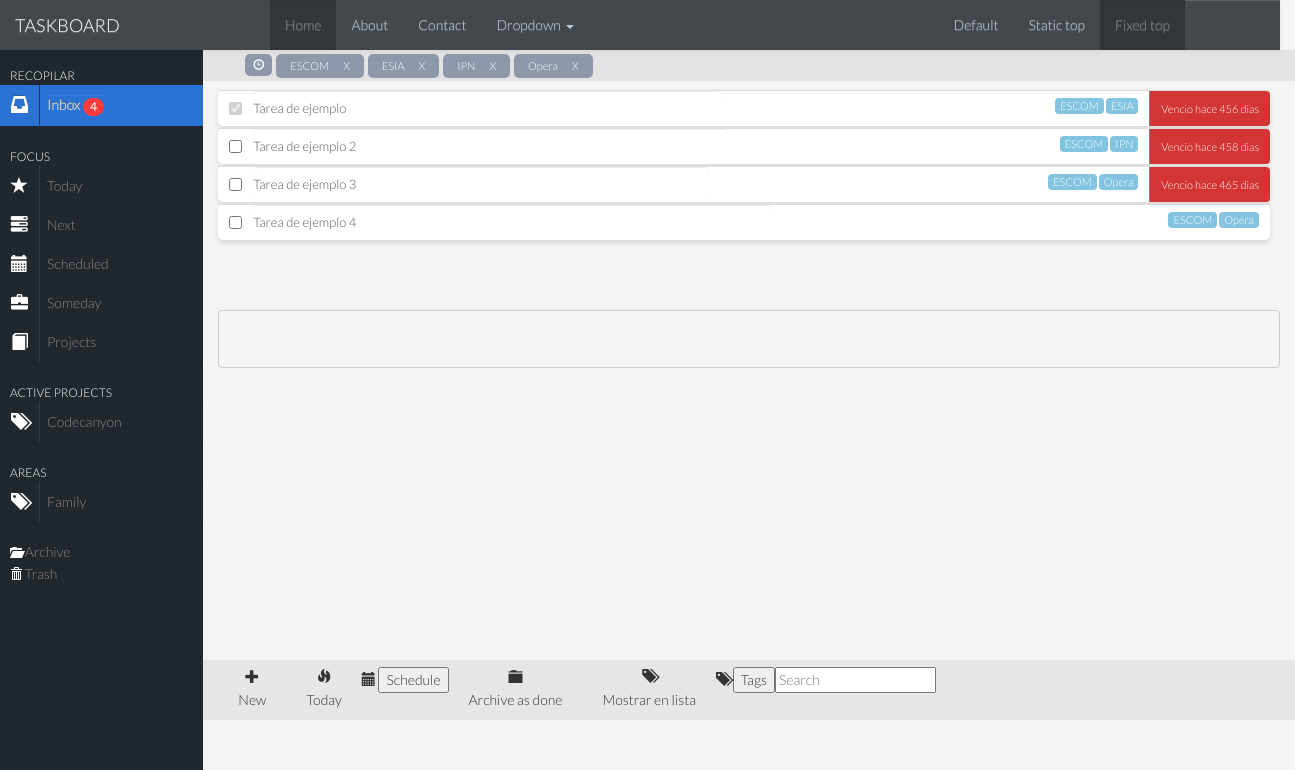
Repository: dagtok/things-mac
Page: index.html
The author's editor kept a record of every edit. The page is drawn from the files as they stood at one moment, then again after the next edit.
The browser window is 1280 px wide. The page is 1295 px wide, so the pictures cover 1295 px, including what lies to the right of the window. The pictures show the whole page.
Some web libraries are served in a nearby version.

Above is the page before.

### index.html
<!DOCTYPE html>
<html lang="en" ng-app="taskerApp">
  <head>
    <meta charset="utf-8">
    <meta http-equiv="X-UA-Compatible" content="IE=edge">
    <meta name="viewport" content="width=device-width, user-scalable=no">

    <title>TASKBOARD</title>

	<!--FONT-->
	<link href='https://fonts.googleapis.com/css?family=Lato:300' rel='stylesheet' type='text/css'>

	<!-- jQuery -->
	<script src="https://ajax.googleapis.com/ajax/libs/jquery/1.11.2/jquery.min.js"></script>

	<!-- BOOTSTRAP -->
	<link rel="stylesheet" href="css/font-awesome.min.css">
	<link rel="stylesheet" href="https://maxcdn.bootstrapcdn.com/bootstrap/3.3.4/css/bootstrap.min.css">
	<link rel="stylesheet" href="https://maxcdn.bootstrapcdn.com/bootstrap/3.3.4/css/bootstrap-theme.min.css">
	<script src="https://maxcdn.bootstrapcdn.com/bootstrap/3.3.4/js/bootstrap.min.js"></script>

	<link rel="stylesheet" href="js/lib/toastr/toastr.min.css">
	<script src="js/lib/toastr/toastr.min.js"></script>

	<!--angularJS -->
	<script src="js/lib/angular/angular.min.js"></script>
	<script src="js/lib/angular/angular-route.min.js"></script>
	<script src="js/lib/angular-ui/ui-bootstrap-0.12.1.min.js"></script>
	<script src="js/lib/angular-ui/ui-utils.js"></script>

	<!-- APP -->
	<link rel="stylesheet" href="css/style.css">
	<script src="js/app.js"></script>
	<!--CONTROLLERS-->
	<script src="js/controllers/tasks.js"></script>

  </head>
  <body>
  	<!-- Fixed navbar -->
    <nav class="navbar navbar-default navbar-fixed-top">
      <div class="container">
        <div class="navbar-header">
          <button type="button"
            class="navbar-toggle collapsed"
            data-toggle="collapse"
            data-target="#navbar"
            aria-expanded="false"
            aria-controls="navbar">

            <span class="sr-only">Toggle navigation</span>
            <span class="icon-bar"></span>
            <span class="icon-bar"></span>
            <span class="icon-bar"></span>
          </button>
          <a class="navbar-brand" href="#">TASKBOARD</a>
        </div>
        <div id="navbar" class="navbar-collapse collapse">
          <ul class="nav navbar-nav">
            <li class="active"><a href="#">Home</a></li>
            <li><a href="#about">About</a></li>
            <li><a href="#contact">Contact</a></li>
            <li class="dropdown">
              <a class="dropdown-toggle" data-toggle="dropdown" role="button" aria-expanded="false">Dropdown <span class="caret"></span></a>
              <ul class="dropdown-menu" role="menu">
                <li><a href="#">Action</a></li>
                <li><a href="#">Another action</a></li>
                <li><a href="#">Something else here</a></li>
                <li class="divider"></li>
                <li class="dropdown-header">Nav header</li>
                <li><a href="#">Separated link</a></li>
                <li><a href="#">One more separated link</a></li>
              </ul>
            </li>
          </ul>
          <ul class="nav navbar-nav navbar-right">
            <li><a href="../navbar/">Default</a></li>
            <li><a href="../navbar-static-top/">Static top</a></li>
            <li class="active"><a href="./">Fixed top <span class="sr-only">(current)</span></a></li>
          </ul>
        </div><!--/.nav-collapse -->
      </div>
    </nav>

  	<div class="row">
    	<!--SIDEBAR-->
    	<div class="col-md-3 col-lg-2 sidebar full-height" ng-include="'views/sidebar.html'"></div>

    	<div class="col-md-9 col-lg-10 main-task-lists">
    		<main ng-view></main>
    	</div>

    </div>
  </body>
  <script type="text/javascript">
  	$(window).resize(function() {
		    $('.full-height').height($(window).height());
		});

		$(document).ready(function(){
			$('.full-height').css('height',$(window).height());
		});

		$(window).trigger('resize');
  </script>
</html>

### css/style.css
body {
  /*min-height: 2000px;*/
  padding-top: 50px;
}
/*NAVIGATION */
.navbar>.container .navbar-brand, .navbar>.container-fluid .navbar-brand {
  margin-left: 53px;
  /*background: #2ABF9B;*/
  color: white;
  border:0;
}
nav.navbar.navbar-default.navbar-fixed-top{
	background:#43484D;
	border:none;
}
nav.navbar.navbar-default.navbar-fixed-top>div.container a.navbar-brand{
	border:0;
	margin:0;
	width:270px;
}
nav.navbar.navbar-default.navbar-fixed-top>div.container{
	background-color:#43484D;
	color:#BECCD9;
	margin:0px;
	padding:0px;
}
.navbar-default .navbar-nav>li>a {
	color:#BECCD9;
}
.navbar-default .navbar-nav>.active>a{
	background:#33373B;
	color:#7C858E;
}

.main-task-lists, body{
	background-color:#F4F4F5;
	font-family: 'Lato', sans-serif;
}

/*DAILY REPORT*/
ul.daily-report{
	background-color:#fefcb6;
	list-style:none;
}

p.daily-report-title{
	background-color:#fefcb6;
	text-align:center;
	vertical-align:middle;
	margin:0;
	padding:10px;
}

ul.daily-report{
	padding:5px;
}
ul.daily-report>li{
	color:#A5A35F;
	border-top: 1px solid rgb(224, 211, 168);
	padding:7px;
}

.general-tasks-lists{
	  position: fixed;
	  top: 50px;
	  background-color: #e3e3e3;
	  padding: 0px;
	  height: 31px;
	  padding-top: 2px;
}

.general-tasks-lists>ul>li{
	  background-color: #8D99AB;
	  color: white;
	  padding: 3px 8px;
	  border-radius: 5px;
	  font-size: 11px;
	  margin: 2px;
	  list-style: none;
	  float: left;
}

ul.task-list>li span.glyphicon {
	padding-left: 12px;
	color: #d0d5d9;
}

ul.tags{
	float:right;
	margin-right:10px;
}
ul.tags>li{
	background-color: #83C4E0;
	/*border: 1px solid #a8bde2;*/
	border-radius: 4px;
	color: white;
	float: left;
	list-style: none;
	padding: 0px 5px;
	margin:0px 1px;
	font-size: 11px;
}

ul.task-list{
	list-style:none;
	padding:0;
	margin:0;
	margin-top:28px;
	margin-bottom:60px;
	background-color:transparent;
	padding:10px 0px;
}

ul.task-list>li>div>div>table.table{
	margin:0;
}

ul.task-list>li>div>div>table.table>tbody>tr>td.task-status {
	width:25px;
}

ul.task-list>li>div>div>table.table>tbody>tr>td.tags-container {
	text-align:right;
}

ul.task-list>li>div>div>table.table>tbody>tr>td.remaining-time  {
	background-color:#D33434;
	border-bottom-right-radius:4px;
	border-top-right-radius:4px;
	color:white;
	padding-top:6px;
	padding-top:10px;
	font-size:11px;
	text-align:center;
	width:120px;
	border-left:1px solid gray;
}

ul.task-list>li>div>div>table.table>tbody>tr>td  {
	padding: 0;
}

ul.task-list>li>div>div>table.table>tbody>tr>td>input[type="checkbox"] {
	margin: 11px 11px;
}

ul.task-list>li{
	background-color:white;
	padding:0;
	margin:2px 10px 0px 0px;
	border-radius:5px;
	box-shadow:0px 3px 5px rgb(216, 216, 216);
}

ul.task-list>li>table{
	margin:0;
}

ul.task-list>li table td{
	padding:0;
}

ul.task-list>li table td>input{
	background-color:transparent;
	border:none;
	font-size:13px;
	padding:0;
}
ul.task-list>li>div.row>div.col-md-12.tag-detail>span.glyphicon.glyphicon-tag,
ul.task-list>li>div.row>div.col-md-12.tag-detail>ul.tags{
	float:left;
}
ul.task-list>li>div.row>div.col-md-12.tag-detail>ul.tags{
	padding:0;
	padding-left:10px;
}
ul.task-list>li>div.row>div.col-md-12.tag-detail>ul.tags>li:last-child{
	background:none;
	border:none;
}

ul.task-list>li .tags{
	padding-top:7px;
}
.notes-textarea{
	background-color:transparent;
	border:0;
}
.due-date-container{
	padding-bottom:5px;
}

ul.task-list>li#new-task{
	margin:0px 10px 10px 0px;
	box-shadow:0px 3px 5px rgb(216, 216, 216);
}
ul.task-list>li.selected-task{
	background-color:rgb(244, 244, 255);
}

/*SIDEBAR*/
	div.sidebar,div.sidebar>ul{
		padding:0px;
		margin:0px;
	}
	.sidebar>ul>li>span{
		color:white;
		font-size:12px;
		padding-left:10px;
		padding-bottom:7px;
		text-transform:uppercase;
	}

	.sidebar>ul>li{
		color:#908181;
		list-style:none;
		padding:0px;
		padding-left:15px;
		margin:0px;
	}

	.sidebar>ul>li>ul>li{
		transition: color .3s ease-in-out 0s;
	}
	.sidebar>ul>li>ul{
		padding:0px;
	}

	ul.list-group>li.list-group-item:hover{
		color:white;
		background-color:#31323D;
	}

	ul.list-group>li.list-group-item:hover  span.glyphicon{
		background-color:#2abf9e;
	}
	ul.list-group>li.list-group-item>a{
		color:#cccccd;
		/*padding: 11px 15px;*/
		text-decoration:none;
		position: relative;
		font-weight: bold;
		font-size: 14px;
		border-top: 1px solid transparent;
		border-color: rgba(255,255,255,0.05);
	}

	ul.list-group>li.list-group-item span.glyphicon{
		color:white;
		margin: -11px -15px;
		line-height: 40px;
		width: 40px;
		float: left;
		margin-right: 7px;
		font-size: 17px;
		border-right: 1px solid rgba(53, 57, 60, 1);
		text-align: center;
		position: relative;
		overflow: hidden;
	}

	.sidebar>ul>li>ul>li:hover{
		background:#969596;
	}
	.sidebar>ul:first-of-type{
		margin-top:15px;
	}
	.sidebar{
		background-color:#20282D;
	}

	.badge{
		background-color: rgb(255, 58, 58);
	}

	.sidebar .list-group-item{
		background-color:transparent;
		border:0;
	}

	.list-group-item.active {
		background: rgb(42, 115, 213) !important;
		border-radius:0;
	}
/* END SIDEBAR*/

/*FOOTER TOOLBAR*/
.footer-toolbar{
	background-color:#e6e6e6;
	position:fixed;
	bottom:0px;
}
.footer-toolbar>ul{
	padding:0;
}
.footer-toolbar>ul>li{
	text-align: center;
	padding-top:7px;
}
.footer-toolbar>ul>li>span.legend{
	padding:3px 20px;
	display: block;
	text-align: center;
	word-wrap: break-word;
}
.footer-toolbar>ul>li{
	min-height:60px;
	float:left;
	list-style:none;
}

### views/sidebar.html
    		<ul>
    			<li>
    				<span>Recopilar</span>
    				<ul class="list-group">
    					<li class="list-group-item active">
    						<a href="#tasks">
    						    <span class="glyphicon glyphicon-inbox" aria-hidden="true"></span>
        						Inbox
        						<span class="badge">{{sidebar.inbox}}</span>
    						</a>
    					</li>
    				</ul>
    			</li>
    		</ul>
    		<ul>
    			<li>
    				<span>Focus</span>
    				<ul class="list-group">
    					<li class="list-group-item">
    						<span class="glyphicon glyphicon-star" aria-hidden="true"></span>
    						Today
    						<span class="badge">{{sidebar.today}}</span>
    					</li>
    					<li class="list-group-item">
    						<span class="glyphicon glyphicon-tasks" aria-hidden="true"></span>
    						Next
    						<span class="badge">{{sidebar.nexts}}</span>
    					</li>
    					<li class="list-group-item">
    						<span class="glyphicon glyphicon-calendar" aria-hidden="true"></span>
    						Scheduled
    						<span class="badge">{{sidebar.scheduled}}</span>
    					</li>
    					<li class="list-group-item">
    						<span class="glyphicon glyphicon-briefcase" aria-hidden="true"></span>
    						Someday
    						<span class="badge">{{sidebar.someday}}</span>
    					</li>
    					<li class="list-group-item">
    						<span class="glyphicon glyphicon-book" aria-hidden="true"></span>
    						Projects
    						<span class="badge">{{sidebar.projects}}</span>
    					</li>

    					<!--<li class="list-group-item">-->
    					<!--	<a href="#buttons">-->
    					<!--	    <span class="glyphicon glyphicon-star" aria-hidden="true"></span>-->
    					<!--	    Buttons-->
    					<!--	</a>-->
    					<!--</li>-->
    					<!--<li class="list-group-item">-->
    					<!--	<a href="#grid">-->
    					<!--	    <span class="glyphicon glyphicon-star" aria-hidden="true"></span>-->
    					<!--	    Grid-->
    					<!--	</a>-->
    					<!--</li>-->
    					<!--<li class="list-group-item">-->
    					<!--	<a href="#icons">-->
    					<!--	    <span class="glyphicon glyphicon-star" aria-hidden="true"></span>-->
    					<!--	    Icons-->
    					<!--	</a>-->
    					<!--</li>-->
    					<!--<li class="list-group-item">-->
    					<!--	<a href="#timeline">-->
    					<!--	    <span class="glyphicon glyphicon-star" aria-hidden="true"></span>-->
    					<!--	    Timeline-->
    					<!--	</a>-->
    					<!--</li>-->
    					<!--<li class="list-group-item">-->
    					<!--	<a href="#profile">-->
    					<!--	    <span class="glyphicon glyphicon-star" aria-hidden="true"></span>-->
    					<!--	    Profile-->
    					<!--	</a>-->
    					<!--</li>-->
    					<!--<li class="list-group-item">-->
    					<!--	<a href="#signin">-->
    					<!--	    <span class="glyphicon glyphicon-star" aria-hidden="true"></span>-->
    					<!--	    Sign In-->
    					<!--	</a>-->
    					<!--</li>-->
    					<!--<li class="list-group-item">-->
    					<!--	<a href="#email">-->
    					<!--	    <span class="glyphicon glyphicon-star" aria-hidden="true"></span>-->
    					<!--	    Email-->
    					<!--	</a>-->
    					<!--</li>-->
    				</ul>
    			</li>
    		</ul>
    		<ul>
    			<li>
    				<span>Active Projects</span>
    				<ul class="list-group">
    					<li class="list-group-item">
    						<span class="glyphicon glyphicon-tags" aria-hidden="true"></span>
    						Codecanyon
    					</li>
    				</ul>
    			</li>
    		</ul>
    		<ul>
    			<li>
    				<span>Areas</span>
    				<ul class="list-group">
    					<li class="list-group-item">
    						<span class="glyphicon glyphicon-tags" aria-hidden="true"></span>
    						Family
    					</li>
    				</ul>
    			</li>
    		</ul>
    		<ul>
    			<li>
    				<span class="glyphicon glyphicon-folder-open" aria-hidden="true"></span>
    				Archive
    			</li>
    			<li>
    				<span class="glyphicon glyphicon-trash" aria-hidden="true"></span>
    				Trash
    			</li>
    		</ul>

### views/inbox/modal/newtask.html
<!-- Modal -->
<div class="modal fade" id="modalNewTaskForm" tabindex="-1" role="dialog" aria-labelledby="modalNewTaskForm" aria-hidden="true">
  <div class="modal-dialog">
    <div class="modal-content">
      <div class="modal-header">
        <button type="button" class="close" data-dismiss="modal" aria-label="Close">
          <span aria-hidden="true">&times;</span>
        </button>
        <h4 class="modal-title" id="myModalLabel">Modal title</h4>
      </div>
      <div class="modal-body">

        <div class="row">
					<div class="col-md-12">
						<table class="table" border="0">
							<tr>
								<td class="task-status">
									<input type="checkbox" name="isDone" />
								</td>
								<td>
									<input type="text" class="form-control"
									name="new-task-name"
									placeholder="New Task Name"
									ng-model="tempTask.name" />
								</td>
							</tr>
						</table>
					</div>
					<div class="col-md-12 tag-detail">
						<span class="glyphicon glyphicon-tag" aria-hidden="true">&nbsp;&nbsp;Tags</span>
						<ul class="tags">
							<li ng-repeat="tag in tempTask.taskTags">{{tag.name}}</li>
							<li>
								<input type="text" name="tag" list="taglist"
								placeholder="Etiquetas"
								ng-model="tempTag"
								ui-keypress="{13:'addNewTag(tempTag)'}" />
								<datalist id="taglist">
									<option value="Internet Explorer">
									<option value="Firefox">
									<option value="Chrome">
									<option value="Opera">
									<option value="Safari">
								</datalist>
							</li>
						</ul>
					</div>
					<div class="col-md-12">
						<span class="glyphicon glyphicon-file" aria-hidden="true">&nbsp;&nbsp;Notes</span>
						<textarea ng-model="tempTask.notes" class="form-control notes-textarea"></textarea>
					</div>
					<div class="col-md-12 due-date-container">
						<span class="glyphicon glyphicon-calendar" aria-hidden="true">&nbsp;Due&nbsp;Date</span>
						<input type="text" datepicker-popup="yyyy-MM-dd" ng-click="openNewTask($event)" ng-model="tempTask.due_date" is-open="opened" datepicker-options="dateOptions" ng-required="true" close-text="Close" />
					</div>
    		</div>
    		<!--<pre>-->
    		<!--  {{tempTag | json}}-->
    		<!--  {{tempTask | json}}-->
    		<!--</pre>-->
      </div>
      <div class="modal-footer">
        <button type="button" class="btn btn-default" data-dismiss="modal">Close</button>
        <button type="button" class="btn btn-primary" ng-click="saveNewTask()">Save Task</button>
      </div>
    </div>
  </div>
</div>

### views/inbox/modal/listtag.html
<!-- Modal -->
<div class="modal fade" id="modalListTag" tabindex="-1" role="dialog" aria-labelledby="modalListTag" aria-hidden="true">
  <div class="modal-dialog">
    <div class="modal-content">
      <div class="modal-header">
        <button type="button" class="close" data-dismiss="modal" aria-label="Close">
          <span aria-hidden="true">&times;</span>
        </button>
        <h4 class="modal-title" id="myModalLabel">Modal title</h4>
      </div>
      <div class="modal-body">

        <div class="row">
          <ul>
            <li ng-repeat="tag in filterTags">{{tag.name}}</li>
          </ul>
        </div>
      </div>
      <div class="modal-footer">
        <button type="button" class="btn btn-default" data-dismiss="modal">Close</button>
        <button type="button" class="btn btn-primary" ng-click="saveNewTask()">Save Task</button>
      </div>
    </div>
  </div>
</div>

### views/inbox/modal/schedule.html
<!-- Modal -->
<div class="modal fade" id="modalSchedule" tabindex="-1" role="dialog" aria-labelledby="modalSchedule" aria-hidden="true">
  <div class="modal-dialog">
    <div class="modal-content">
      <div class="modal-header">
        <button type="button" class="close" data-dismiss="modal" aria-label="Close">
          <span aria-hidden="true">&times;</span>
        </button>
        <h4 class="modal-title" id="myModalLabel">Modal title</h4>
      </div>
      <div class="modal-body">

        <div class="row">
          <div class="col-md-12">
            Schedule
          </div>
          <div class="col-md-12">
            Revisar
            <input type="text" size="2">
            <select>
              <option>days</option>
              <option>weeks</option>
              <option>months</option>
              <option>years</option>
            </select>
            <input type="date">
          </div>
          <div class="col-md-12">
            Las copias se crean
            <select>
              <option>dailys</option>
              <option>weekly</option>
              <option>monthly</option>
              <option>yearly</option>
            </select>
            Every
            <input type="text" name="every"/>
            {{interval}} on
            <select>
              <option>dailys</option>
              <option>weekly</option>
              <option>monthly</option>
              <option>yearly</option>
            </select>
            Next <input type="date" name="nex_update"/>
            Ends on
            <select>
              <option>Never</option>
              <option>After</option>
              <option>On</option>
            </select>
            <input type="text" name="after_expire_period"/>
            <input type="date" name="expire_date"/>
          </div>
        </div>
      </div>
      <div class="modal-footer">
        <button type="button" class="btn btn-default" data-dismiss="modal">Close</button>
        <button type="button" class="btn btn-primary" ng-click="saveNewTask()">Save Task</button>
      </div>
    </div>
  </div>
</div>

Loaded but not shown: css/font-awesome.min.css (library); js/lib/toastr/toastr.min.css (library); js/lib/toastr/toastr.min.js (library); js/lib/angular/angular.min.js (library); js/lib/angular/angular-route.min.js (library); js/lib/angular-ui/ui-bootstrap-0.12.1.min.js (library); js/lib/angular-ui/ui-utils.js (library); api/inbox.json (94 lines, source omitted); js/controllers/tasks.js (228 lines, source omitted); js/app.js (68 lines, source omitted); views/tasks.html (240 lines, source omitted)

After the next edit:
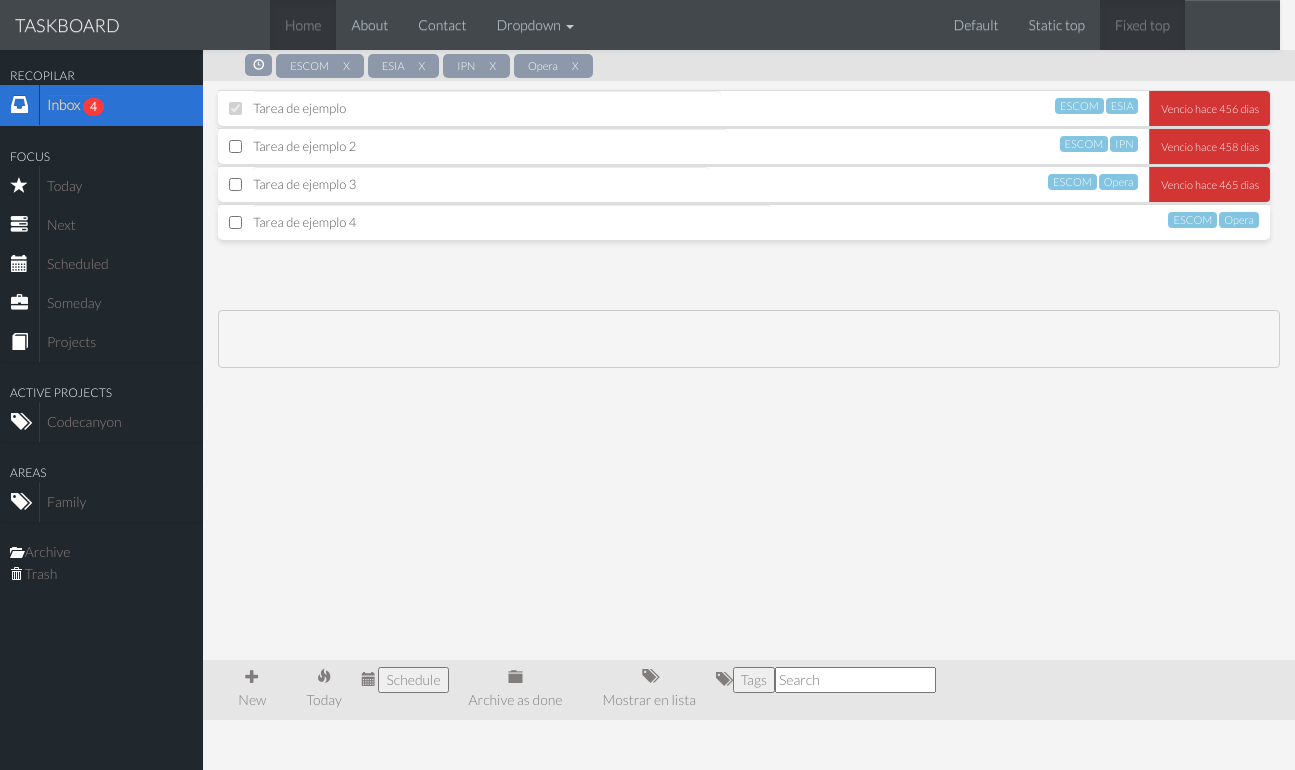
The edit:
--- a/css/style.css
+++ b/css/style.css
@@ -296,6 +296,7 @@
 .footer-toolbar>ul>li{
 	text-align: center;
 	padding-top:7px;
+	color:rgb(129, 125, 125);
 }
 .footer-toolbar>ul>li>span.legend{
 	padding:3px 20px;
